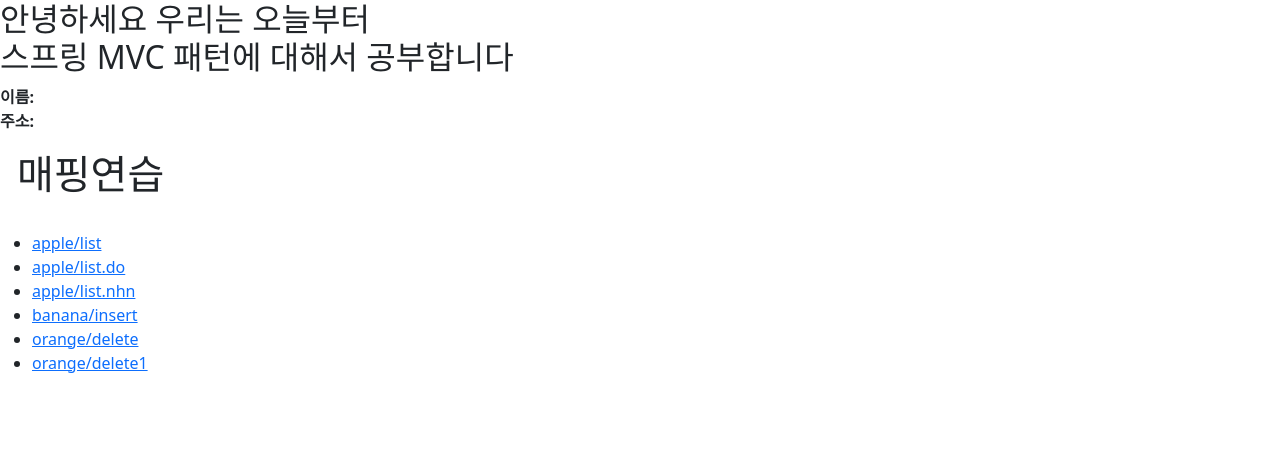
Repository: Hyeonqz/Spring
Page: http://localhost/SpringMVC0/WEB-INF/day1005/start.jsp
The author's editor kept a copy of each file at every save. The page is drawn from the files as they stood at one save, then again after the next save.
The browser window is 1280 px wide. The pictures show the whole page.
The page is served by Tomcat 9. Nobody is signed in. The template is opened directly, without the code that normally fills it, so the values that code supplies are empty.

Above is the page before, as saved 2023-10-05 02:49:23.

After the next save:
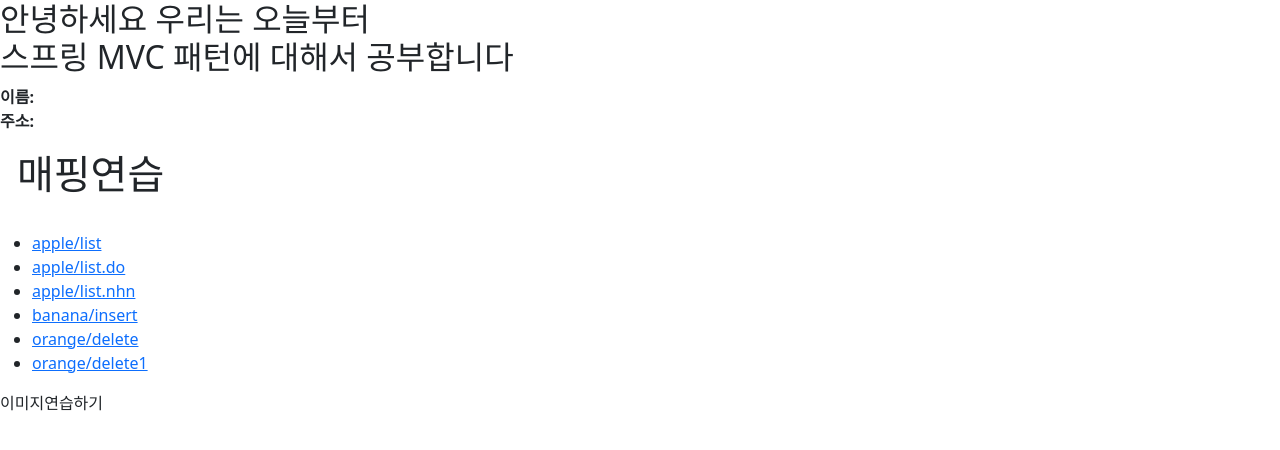
Saved 19 min 2 s later.
--- a/SpringMVC0/src/main/webapp/WEB-INF/day1005/start.jsp
+++ b/SpringMVC0/src/main/webapp/WEB-INF/day1005/start.jsp
@@ -28,6 +28,8 @@
 		<li><a href="orange/delete">orange/delete</a></li>
 		<li><a href="orange/delete1">orange/delete1</a></li>
 	</ul>
+
+	<H1class="alert alert-success">이미지연습하기</H1>
 </body>
 
 </html>
